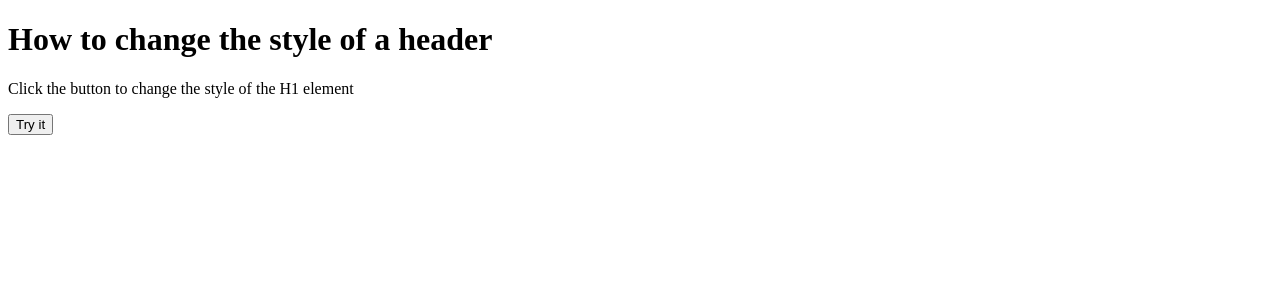
Repository: neem693/workspace
Page: studyhtml5/WebContent/ch05/practice_dom/practice_40.html
These files come from the project's save history. The page is drawn as it stood at one moment and after the next save; the edit follows.
The browser window is 1280 px wide. The pictures show the whole page.
After loading, the first visible `button` was clicked once.

Above is the page before, as saved 2018-03-17 12:26:19.
Console error: ReferenceError: documnet is not defined

### studyhtml5/WebContent/ch05/practice_dom/practice_40.html
<!DOCTYPE html>
<html>
<head>
<meta charset="UTF-8">
<meta name="viewport"
	content="width=device-width,initial-scale = 1.0" />
<title>Insert title here</title>



</head>
<body>

<h1 id = "myH1">How to change the style of a header</h1>

<p>Click the button to change the style of the H1 element</p>
<button onclick = 'myFunction()'>Try it</button>

<script>
function myFunction(){
    documnet.getElementById("myH1").style.color = "red";
}</script>


</body>
</html>

After the next save:
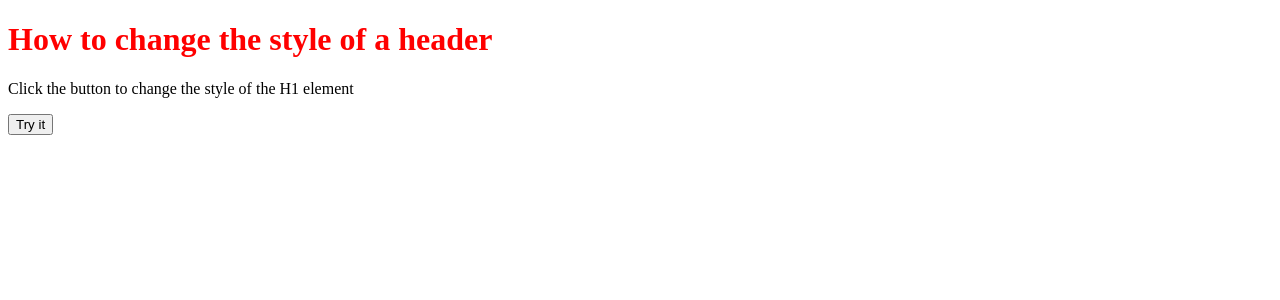
The error is gone.
Saved 23 s later.
--- a/studyhtml5/WebContent/ch05/practice_dom/practice_40.html
+++ b/studyhtml5/WebContent/ch05/practice_dom/practice_40.html
@@ -18,7 +18,7 @@
 
 <script>
 function myFunction(){
-    documnet.getElementById("myH1").style.color = "red";
+    document.getElementById("myH1").style.color = "red";
 }</script>
 
 
